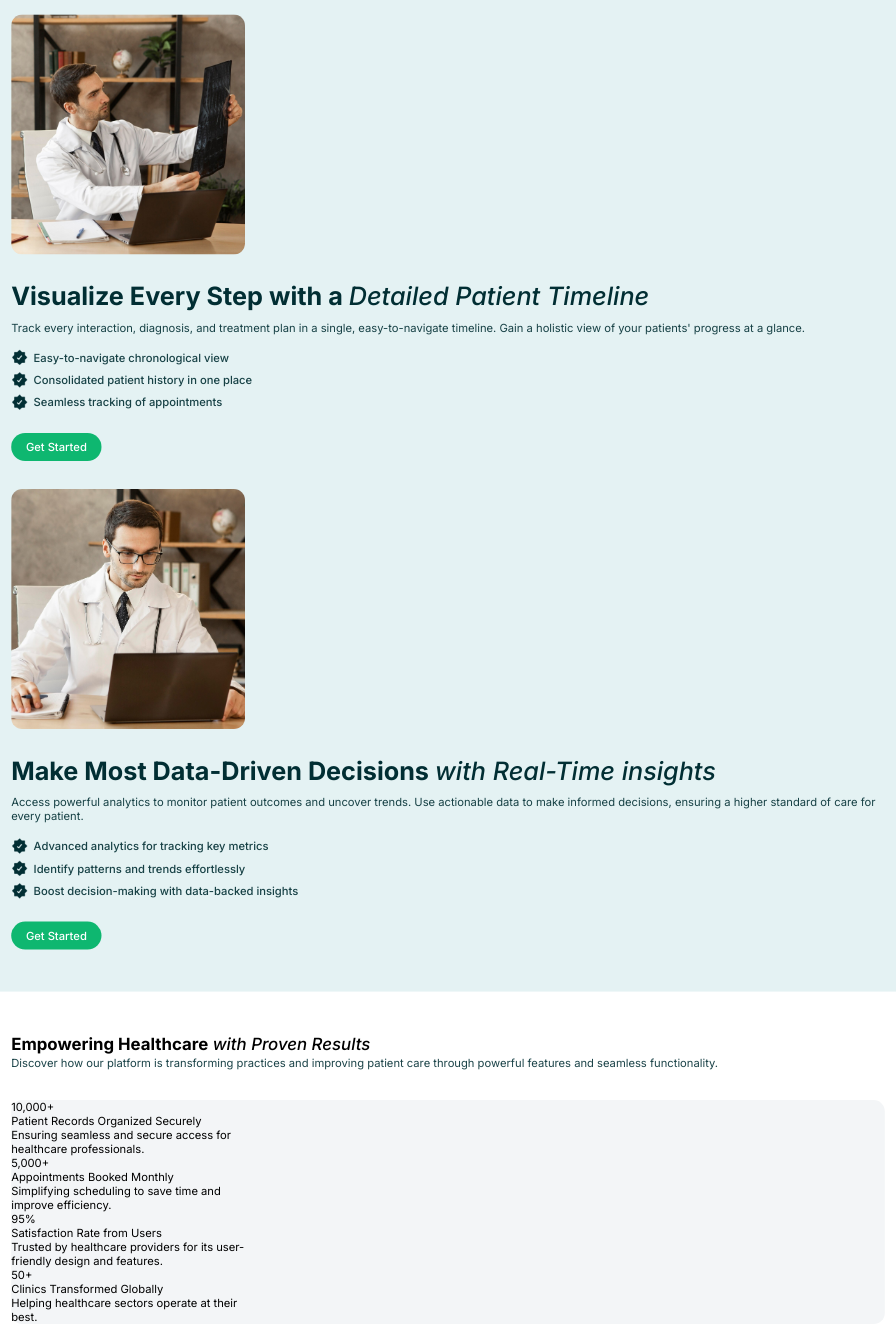
Repository: DiegoWWeege/recuperacao-prova-front-end
Page: index.html
An editor plug-in stored every save of this project. The page is shown before and after the next save, followed by the edit.
The browser window is 1280 px wide. The pictures show the part of the page from y = 1572 to 3492 px (the page is 3463 px tall before and 3492 px after), at 70% of full size.

Above is the page before, as saved 2026-06-22 18:56:04.

### index.html
<!DOCTYPE html>
<html lang="pt-br">
<head>
    <meta charset="UTF-8">
    <meta name="viewport" content="width=device-width, initial-scale=1.0">
    <title>ERTIFY HEALTH</title>
    <link rel="stylesheet" href="style.css">
</head>
<body>

    <!--Cabeçalho da Lading Page-->

    <header>
        <img src="images/logo.png" alt="Ertify Health logo">

        <section>
        <button aria-label = "Get Started" class = "get-started-button">Get Started</button>

            <img src="icons/burguer-menu.png" alt="Burguer menu">
        </section>
    </header>

    <!--Conteúdo principal da Lading Page-->
    <main class = "hero-section">

        <section>
            <h1>Simple & Secure Patient <span>Management</span></h1>
            <!-- Foi dado um espaço na palavra &amp, pois quando junta apresentava erro no html!-->
            <p>CERTIFY’s platform automates intake & amp; check-in processes
            so you can put the focus back on delivering quality care.</p>
        </section>

        <section id = "buttons-section">
            <button  aria-label = "Get Started" class = "get-started-button">Get Started</button>
            <button aria-label = "Play demo" class = "play-demo-button">Play Demo</button>
        </section>

        <img src="images/three-doctors.png" alt="Three doctors">
    </main>



    <section class = "section-patient-journey">
        <h2>Get a Proper Visualisation on <span>Patient Jouney</span></h2>

        <p>Understand and  manage your patients' healthcare journeys with
            clarity and precision. Our platform offers tools that provide
            actionable insights at every stage.</p>


        <section class = "image-text-benefits">

            <img src="images/doctor-xray.png" alt="A doctor sitting in his desk looking at an x-ray">

            <h2>Visualize Every Step with a <span>Detailed Patient Timeline</span></h2>

            <p>Track every interaction, diagnosis, and treatment
                plan in a single, easy-to-navigate
                timeline. Gain a holistic view of your patients'
                progress at a glance.</p>

            <section class = "benefits-grid">

                <img src="icons/checkmark-badge-02.png" alt="">
                <p class = "benefit">Easy-to-navigate chronological view</p>

                <img src="icons/checkmark-badge-02.png" alt="">
                <p class = "benefit">Consolidated patient history in one place</p>

                <img src="icons/checkmark-badge-02.png" alt="">
                <p class = "benefit">Seamless tracking of appointments</p>

            </section>

            <button  aria-label = "Get Started" class = "get-started-button">Get Started</button>

        </section>

        <section class = "image-text-benefits">

            <img src="images/doctor-laptop.png" alt="A doctor sitting in his desk looking at an x-ray">

            <h2>Make Most Data-Driven Decisions <span>with Real-Time insights</span></h2>

            <p>Access powerful analytics to monitor patient outcomes
                and uncover trends. Use actionable data
                 to make informed decisions, ensuring a higher standard
                 of care for every patient.</p>

            <section class = "benefits-grid">

                <img src="icons/checkmark-badge-02.png" alt="">
                <p class = "benefit">Advanced analytics for tracking key metrics</p>

                <img src="icons/checkmark-badge-02.png" alt="">
                <p class = "benefit">Identify patterns and trends effortlessly</p>

                <img src="icons/checkmark-badge-02.png" alt="">
                <p class = "benefit">Boost decision-making with data-backed insights</p>

            </section>

            <button  aria-label = "Get Started" class = "get-started-button">Get Started</button>

        </section>

    </section>

    <section class = "section-empowering-healthcare">
        <section class = "main-text">
            <h2>Empowering Healthcare<span> with Proven Results</span></h2>

        <p>Discover how our platform is transforming practices and improving
            patient care through powerful features and seamless functionality.</p>
        </section>

        <section class = "boxes-grid">
            <section class = "first-box">
                <p>10,000+</p>
                <p>Patient Records Organized Securely</p>

                <p>Ensuring seamless and secure access for healthcare professionals.</p>
            </section>

            <section class = "second-box">
                <p>5,000+</p>
                <p>Appointments Booked Monthly</p>

                <p>Simplifying scheduling to save time and improve efficiency.</p>
            </section>

            <section class = "third-box">
                <p>95%</p>
                <p>Satisfaction Rate from Users</p>

                <p>Trusted by healthcare providers for its user-friendly design and features.</p>
            </section>

            <section class = "fourth-box">
                <p>50+</p>
                <p>Clinics Transformed Globally</p>

                <p>Helping healthcare sectors operate at their best.</p>
            </section>
        </section>

    </section>
</body>
</html>

### style.css
@import url('https://fonts.googleapis.com/css2?family=Inter:ital,opsz,wght@0,14..32,100..900;1,14..32,100..900&family=Roboto:ital,wght@0,100..900;1,100..900&display=swap');

*{
    margin: 0px;
    padding: 0px;
    font-family: 'Inter', sans-serif;
}

img{
    object-fit: cover;
}

header{
    background-color: #012E33;
    width: 100vw;
    border-bottom: 1px solid #1A4347;
    display: grid;
    grid-template-columns: 1fr auto;
    align-items: center;
    padding: 1rem;
    box-sizing: border-box;
}

.get-started-button{
    background-color: #0EB770;
    color: white;
    font-size: 1rem;
    font-weight: 500;
    border-radius: 100px;
    height: 2.5rem;
    width: 8.063rem;
    border-style: none;
    justify-self: end;

}

header section{
    display: grid;
    grid-template-columns:auto auto;
    align-items: center;
    gap: 1rem;
}

.hero-section{
    background-color: #012E33;
    padding-top: 4.313rem;
    box-sizing: border-box;
}

.hero-section h1{
    font-family: "Inter" , sans-serif;
    font-size: 2.75rem;
    font-weight: 700;
    color: white;
    margin-bottom: 0.75rem;
    margin-left: 1.375rem;
    margin-right: 0.625rem;

}

.hero-section span{
    font-weight: 400;
    font-family: "Inter" , sans-serif;
    font-style: italic;
}

.hero-section p{
    color: rgba(255, 255, 255, 0.904);
    line-height: 1.625rem;
    margin-bottom: 4.313rem;
    margin-left: 1.375rem;
    margin-right: 0.625rem;
}

.hero-section #buttons-section button{
    width: 21.438rem;
    height: 3.5rem;
    margin-left: 1.375rem;
    margin-right: 0.625rem;
}

.hero-section #buttons-section .get-started-button{
    margin-bottom: 1rem;
}

.hero-section #buttons-section .play-demo-button{
    border: 1px solid #044046;
    border-radius: 100px;
    background: none;
    color: white;
    align-items: center;
    font-weight: 500;
    font-size: 16px;
}

.hero-section img{
    width: 100vw;
    margin-top: 2rem;
}

.section-patient-journey{
    background-color: #E4F2F3;
    padding-left: 1rem;
    padding-right: 1rem;
    padding-top: 3.75rem;
    padding-bottom: 3.75rem;
}

.section-patient-journey h2{
    font-family: "Inter" , sans-serif;
    font-weight: 700;
    font-size: 36px;
    line-height: 46px;
    color: #012E33;
    text-align: center;
}

.section-patient-journey span{
    font-weight: 500;
    font-style: italic;
}

.section-patient-journey p{
    color: #012e33e7;
    font-weight: 400;
    text-align: center;
    margin-top: 0.75rem;
}

.section-patient-journey img{
    height: 21.438rem;
    width: 20.875rem;
    border-radius: 1rem;
    margin-top: 2.5rem;
    margin-bottom: 2rem;
}

.section-patient-journey .image-text-benefits h2{
    text-align: start;
}

.section-patient-journey .image-text-benefits p{
    text-align:  start;
}

.image-text-benefits .benefits-grid{
    display: grid;
    grid-template-columns: auto 1fr;
    gap: 0.5rem;
    margin-top: 1.313rem;
    margin-bottom: 2rem;
}

.image-text-benefits .benefits-grid img{
    width: 1.5rem;
    height: 1.5rem;
    margin: 0px;

}

.image-text-benefits .benefits-grid p{
    margin: 0px;
    align-self: center;
    font-weight: 500;
}

.image-text-benefits .benefits-grid .get-started-button{
    height: 3rem;
    width: 8.563rem;
}

.section-empowering-healthcare .main-text{
    margin-top: 3.75rem;
    margin-left: 1rem;
}

.section-empowering-healthcare .main-text h1{
    font-family: "Inter" , sans-serif;
    font-weight: 700;
    line-height: 46px;
    font-size: 36px;
    color: #012E33;
    margin-bottom: 0.75rem;
}

.section-empowering-healthcare .main-text span{
    font-weight: 500;
    font-style: italic;
}

.section-empowering-healthcare .main-text p{
    font-family: "Inter" , sans-serif;
    font-weight: 400;
    font-size: 16px;
    line-height: 26px;
    color: #012E33E5;
    margin-bottom: 2.5rem;

}
.section-empowering-healthcare .boxes-grid{
    display: grid;
    grid-template-columns: 21.438rem;
    background-color: #F3F5F7;
    border-radius: 16px;
    margin-left: 1rem;
    margin-right: 1rem;


}

After the next save:
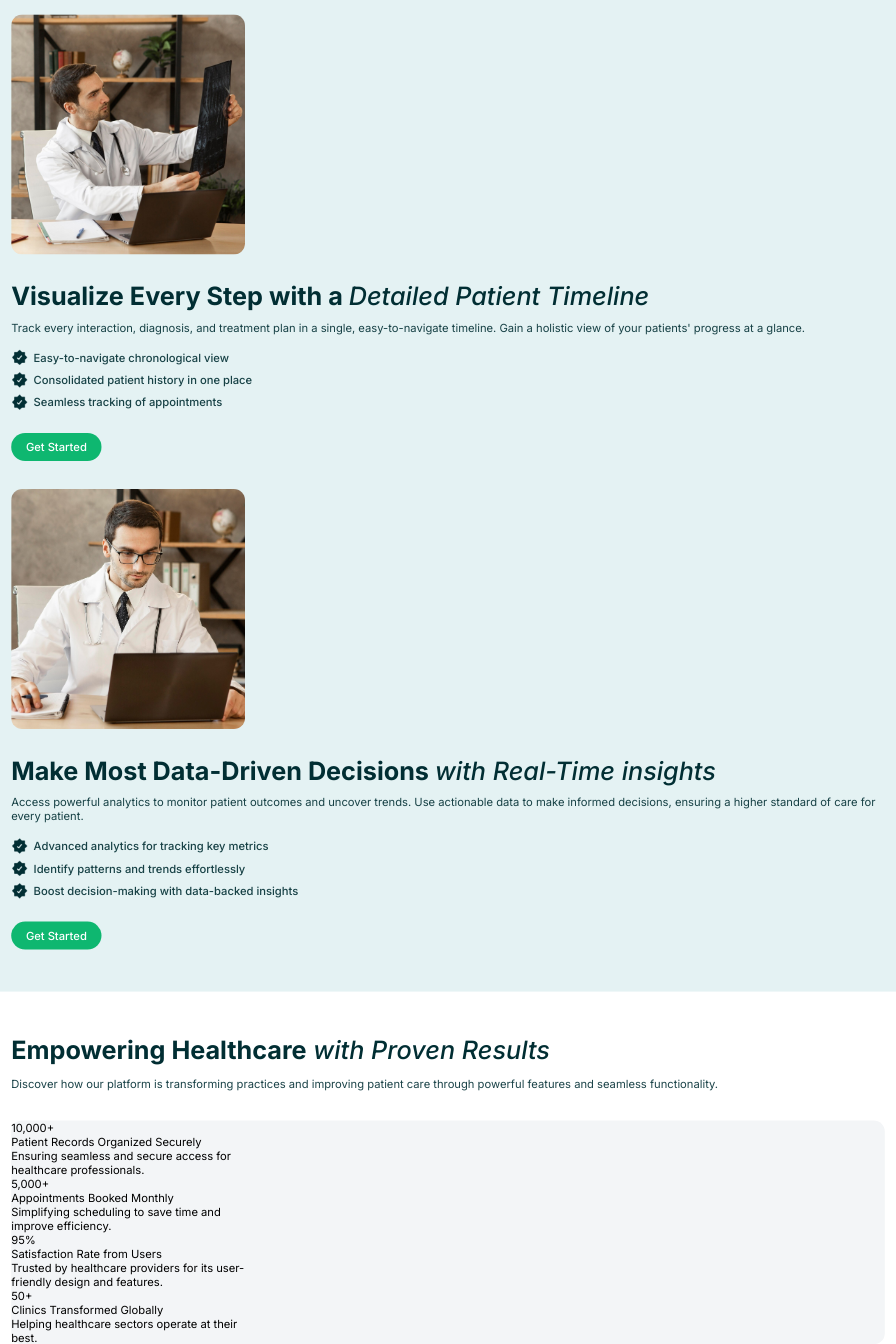
Saved 21 s later.
--- a/style.css
+++ b/style.css
@@ -174,7 +174,7 @@ header section{
     margin-left: 1rem;
 }
 
-.section-empowering-healthcare .main-text h1{
+.section-empowering-healthcare .main-text h2{
     font-family: "Inter" , sans-serif;
     font-weight: 700;
     line-height: 46px;
